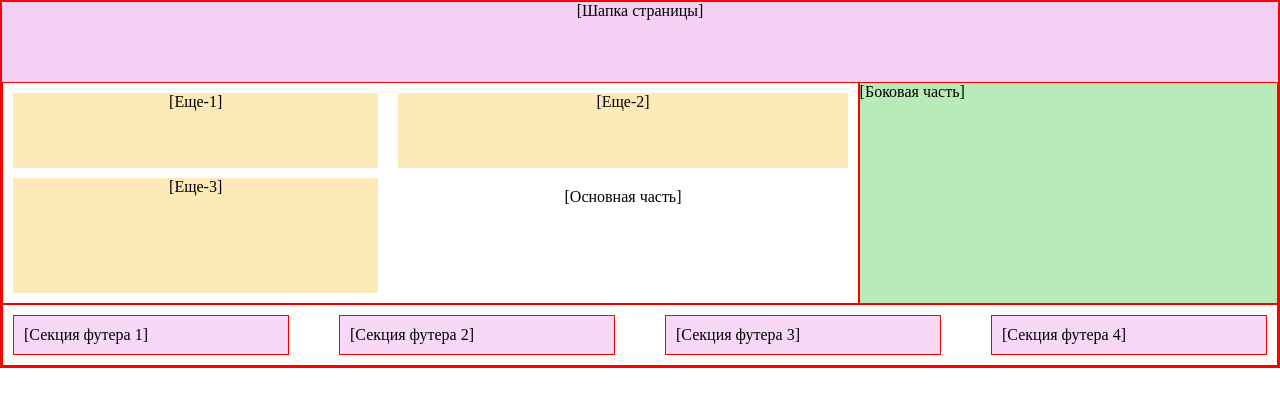
Repository: IrinaGetmanenko/week6
Page: grid.html
An editor plug-in stored every save of this project. The page is shown before and after the next save, followed by the edit.
The browser window is 1280 px wide. The pictures show the whole page.

Above is the page before, as saved 2022-10-22 20:40:41.

After the next save:
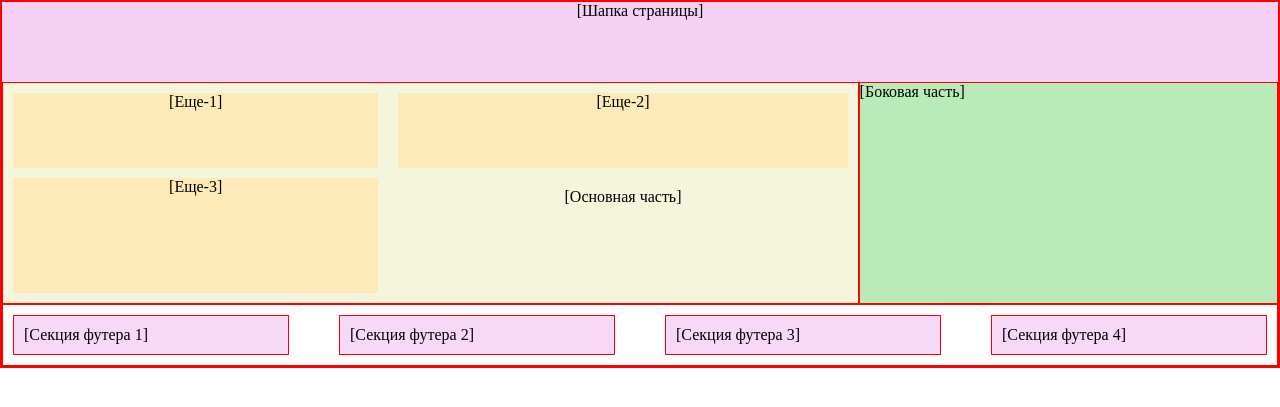
Saved 108 s later.
--- a/grid.html
+++ b/grid.html
@@ -31,9 +31,7 @@
   border: 1px solid red;
   display: grid;
   grid-area: inner;
-  grid-template-areas:"main main"
-                       "left right"
-                       "bottom bottom"
+
 
   background-color: beige;
   gap: 10px 20px;
